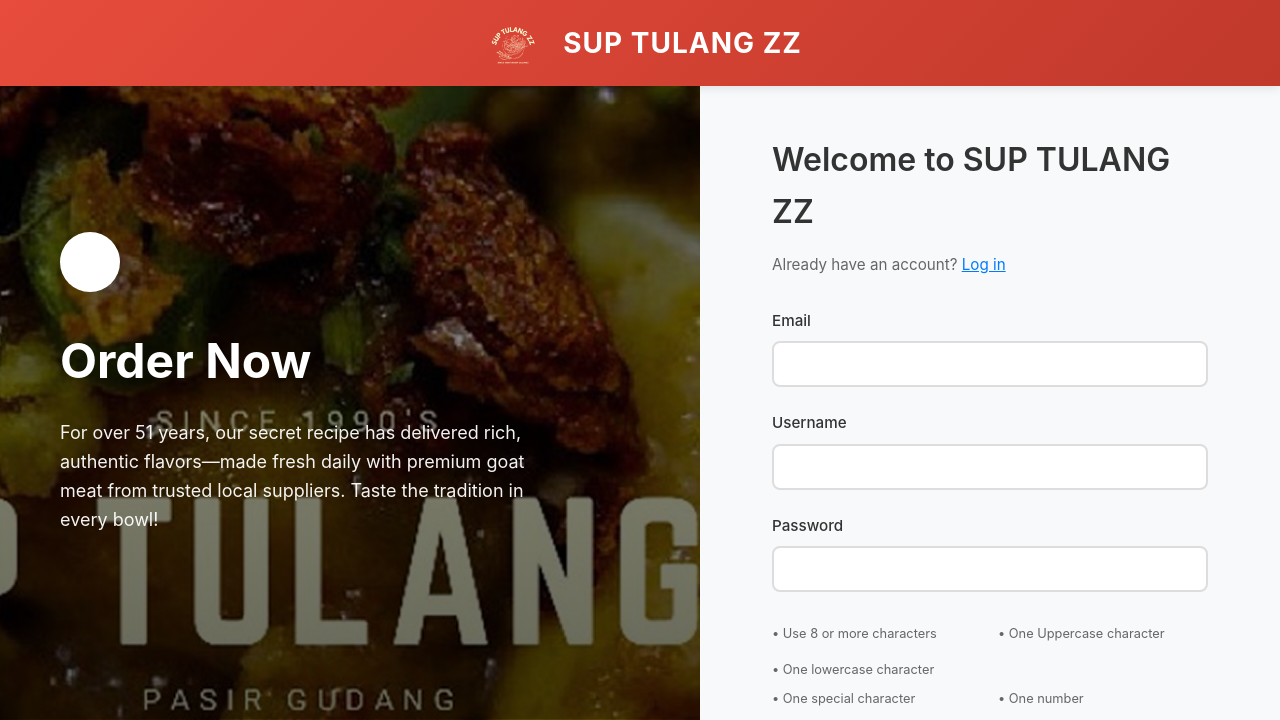
Repository: YIsheng2002/web-frontend
Page: view/member/userSignUp.html
The author's editor kept a copy of each file at every save. The page is drawn from the files as they stood at one save, then again after the next save.
The browser window is 1280 px wide. The pictures show the whole page.
An inner scrolling area shows only its first screen.

Above is the page before, as saved 2025-06-13 22:36:57.

After the next save:
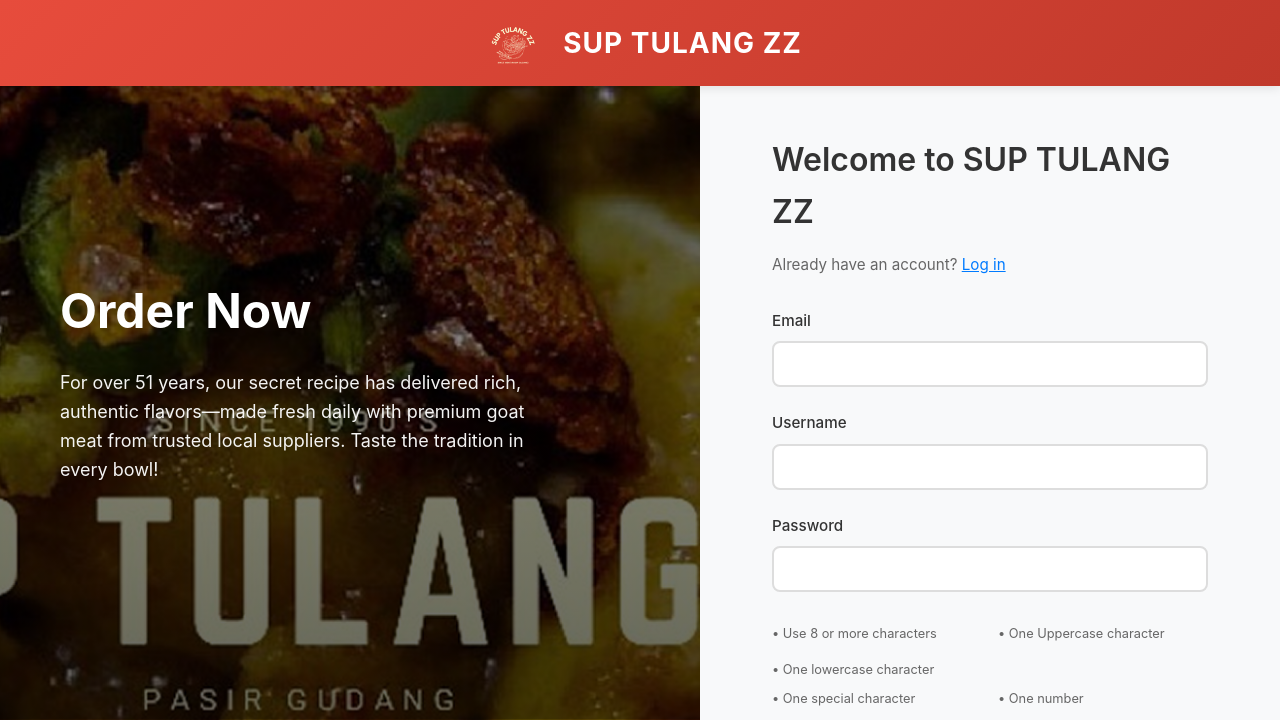
Saved 70 s later.
--- a/view/member/userSignUp.html
+++ b/view/member/userSignUp.html
@@ -25,10 +25,10 @@
         </div>
     </header>
     <div class="container">
-        <!-- Right side - Background Image -->
+        <!-- Right side - Registration Form -->
         <div class="order-section">
             <div class="order-content">
-                <div class="order-badge"></div>
+
                 <h1 class="order-title">Order Now</h1>
                 <p class="order-description">
                     For over 51 years, our secret recipe has delivered rich, authentic flavors—made fresh daily with premium goat meat from trusted local suppliers. Taste the tradition in every bowl!
@@ -36,7 +36,7 @@
             </div>
         </div>
 
-        <!-- Left side - Registration Form -->
+        <!-- Left side - Background Image-->
         <div class="form-section">
 
             <main class="form-container">

After the save that followed:
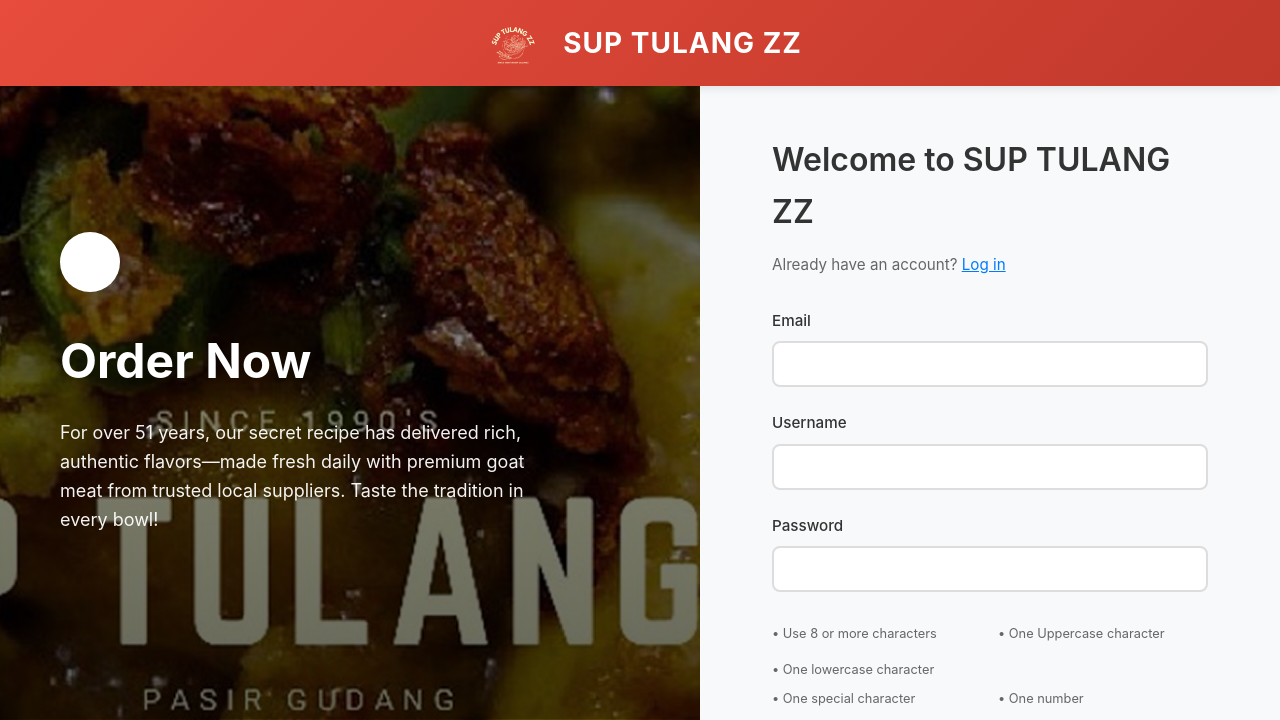
Saved 113 s later.
--- a/view/member/userSignUp.html
+++ b/view/member/userSignUp.html
@@ -28,7 +28,7 @@
         <!-- Right side - Registration Form -->
         <div class="order-section">
             <div class="order-content">
-
+                <div class="order-badge"></div>
                 <h1 class="order-title">Order Now</h1>
                 <p class="order-description">
                     For over 51 years, our secret recipe has delivered rich, authentic flavors—made fresh daily with premium goat meat from trusted local suppliers. Taste the tradition in every bowl!
